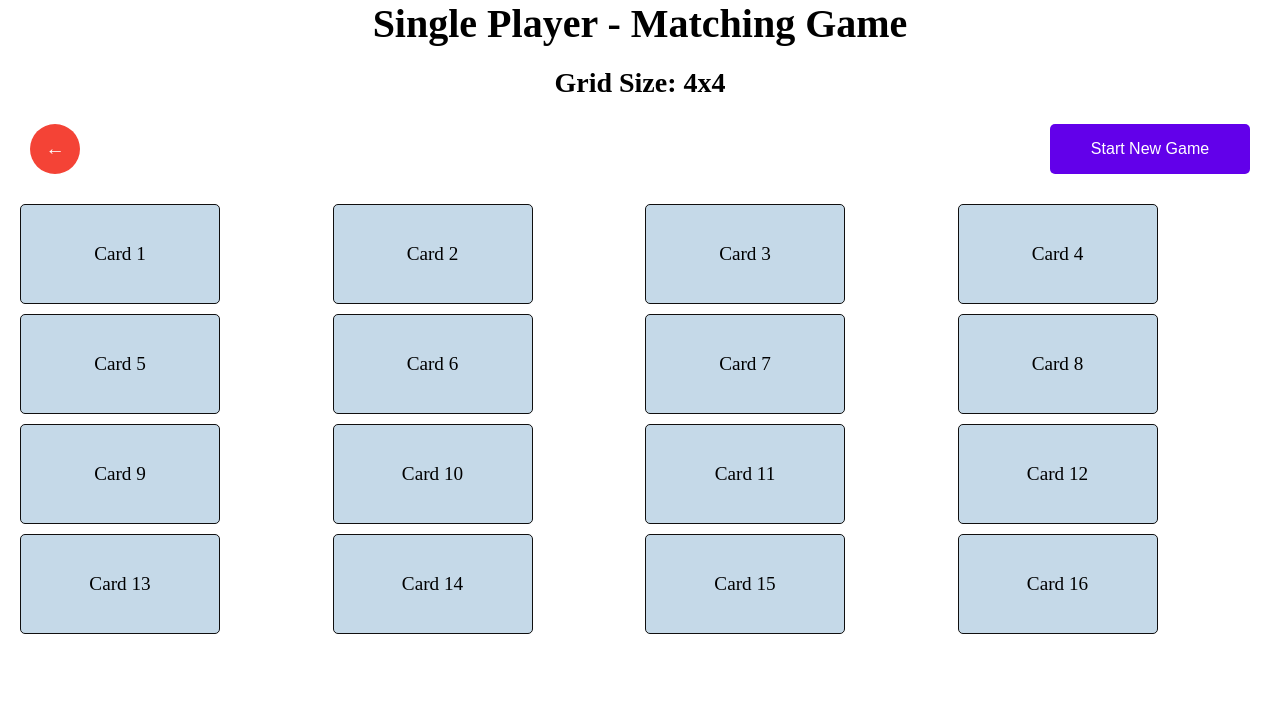
Repository: parnelltse/frontend2-courseproject
Page: /resumegame
These files come from the project's save history. The page is drawn as it stood at one moment and after the next save; the edit follows.
The browser window is 1280 px wide. The pictures show the whole page.
The project was rebuilt for these pictures with package versions that can differ from the ones it lists, and the page was loaded fresh each time. Also part of the build but not shown: vite.config.js, src/pages/landing.jsx, src/pages/home.jsx, src/pages/gameoptions.jsx, src/pages/appsettings.jsx, src/pages/profilesettings.jsx, src/pages/gamehistory.jsx, src/pages/singleplayer.jsx and 3 more.

Above is the page before, as saved 2024-11-16 02:04:51.

### src/App.jsx
import React, { useState } from 'react';
import { BrowserRouter as Router, Routes, Route } from 'react-router-dom';
import { Landing } from './pages/landing';
import Home from './pages/home';
import Gameoptions from './pages/gameoptions';
import AppSettings from './pages/appsettings';
import ProfileSettings from './pages/profilesettings';
import GameHistory from './pages/gamehistory'; // Import GameHistory
import SinglePlayer from './pages/singleplayer';
import MultiPlayer from './pages/multiplayer';
import ResumeGame from './pages/resumegame';
import SingleGame from './pages/singlegame';
import MultiGame from './pages/multigame';

function App() {
  const [scores, setScores] = useState([
    { date: '2024-10-19', score: 85, gameMode: 'Single Player' },
    { date: '2024-10-18', score: 90, gameMode: 'Multiplayer' },
    { date: '2024-10-17', score: 75, gameMode: 'Single Player' },
  ]);

  return (
    <Router>
      <Routes>
        <Route path="/" element={<Landing />} />
        <Route path="/home" element={<Home />} />
        <Route path="/gameoptions" element={<Gameoptions />} />
        <Route path="/appsettings" element={<AppSettings />} />
        <Route path="/profilesettings" element={<ProfileSettings />} />
        <Route path="/gamehistory" element={<GameHistory scores={scores} />} /> {/* Pass scores as prop */}
        <Route path="/singleplayer" element={<SinglePlayer />} />
        <Route path="/multiplayer" element={<MultiPlayer />} />
        <Route path="/resumegame" element={<ResumeGame />} />
        <Route path="/singlegame" element={<SingleGame />} />
        <Route path="/multigame" element={<MultiGame />} />
      </Routes>
    </Router>
  );
}

export default App;

### src/index.css
/** landing page */

.landing-nav {
    display: flex;
    flex-direction: column;
    justify-content: center;
    align-items: center;
    gap: 20px
}

.app .headline {
    text-align: center;
}

/** account form */

.sub-btn {
    align-items: center;
    margin: auto;
    margin-top: 10px;
}


/* Single player*/

.single-btn {
    margin: auto;
    align-items: center;
    background-color: #03dac6;
    color: rgb(74, 96, 86); /* darker text */
}

.single-btn:hover {
    background-color: #018786;
    color: white;

}

.single-container {
    padding-top: 10vh;
    align-items: center;
    margin: auto;
}

.single-bottom {
    margin: auto;
    width: 100vw;
    align-items: center;
    align-self: center;
    display: flex;
    justify-content: center;
    flex-direction: column;
}




.home-container {
    background-color: #fff;
    border-radius: 150px;
    box-shadow: 0 5px 15px rgba(0, 0, 0, 0.35);
    position: relative;
    overflow: hidden;
    width: 768px;
    max-width: 100%;
    min-height: 480px;
    margin: auto;
}

.home-container p {
  font-size: 14px;
  line-height: 20px;
  letter-spacing: 0.3px;
  margin: 20px 0;
}


.home-container span {
  font-size: 12px;
}

.home-container a {
  color: #333;
  font-size: 13px;
  text-decoration: none;
  margin: 15px 0 10px;
}
.home-container button {
  background-color: #6200ea;
  color: #fff;
  padding: 10px 45px;
  border: 2px solid transparent;
  border-radius: 8px;
  font-weight: 600;
  letter-spacing: 0.5px;
  text-transform: uppercase;
  margin-top: 10px;
  cursor: pointer;
}

.home-container button.hidden {
  background-color: transparent;
  border-color: #fff;
}

.home-container form {
  background-color: #fff;
  display: flex;
  align-items: center;
  justify-content: center;
  flex-direction: column;
  padding: 0 40px;
  height: 100%;
}

.home-container input {
  background-color: #eee;
  border: none;
  margin: 8px 0;
  padding: 10px 15px;
  font-size: 13px;
  border-radius: 8px;
  width: 100%;
  outline: none;
}

.sign-up, .sign-in {
  position: absolute;
  top: 0;
  height: 100%;
  transition: all 0.6s ease-in-out;
}

.sign-in {
  left: 0;
  width: 50%;
  z-index: 2;
}

.home-container.active .sign-in {
  transform: translateX(100%);
}

.sign-up {
  left: 0;
  width: 50%;
  z-index: 1;
  opacity: 0;
}

.home-container.active .sign-up {
  transform: translateX(100%);
  opacity: 1;
  z-index: 5;
  animation: move 0.6s;
}

@keyframes move {
  0%, 49.99%{
    opacity: 0;
    z-index: 1;
  }
    50%, 100%{
    opacity: 1;
    z-index: 5;
  }
}

.toogle-container {
  position: absolute;
  top: 0;
  left: 50%;
  width: 50%;
  height: 100%;
  overflow: hidden;
  border-radius: 150px;
  z-index: 1000;
  transition: all 0.6s ease-in-out;
}

.home-container.active .toogle-container {
  transform: translateX(-100%);
  border-radius: 150px;
}

.toogle {
  background-color: #6200ea;
  height: 100%;
  background: #6200ea;
  color: #fff;
  position: relative;
  left: -100%;
  width: 200%;
  transform: translateX(0);
  transition: all 0.6s ease-in-out;
}

.home-container.active .toogle {
  transform: translateX(50%);
}

.toogle-panel {
  position: absolute;
  width: 50%;
  height: 100%;
  display: flex;
  justify-content: center;
  align-items: center;
  flex-direction: column;
  padding: 0 30px;
  text-align: center;
  top: 0;
  transform: translateX(0);
  transition: all 0.6s ease-in-out;
}

.toogle-left {
  transform: translateX(-200%);
}

.home-container.active .toogle-left {
  transform: translateX(0);
}

.toogle-right {
  right: 0;
  transform: translateX(0);
}

.home-container.active .toogle-right {
  transform: translateX(200%);
}


.titleholder {
  display: flex;
  justify-content: center;
  gap: 20px;
  align-items: flex-end;
}

.gameInfo {
  color: #333;
  font-size: 24px;
  padding-bottom: 22px;
  cursor: pointer;
}

.overlayContainer {
  position: fixed; /* Position it fixed to cover the viewport */
  top: 0;
  left: 0;
  right: 0;
  bottom: 0;
  background-color: rgba(0, 0, 0, 0.5); /* Semi-transparent dark background */
  display: flex;
  justify-content: center;
  align-items: center;
  z-index: 2000;
}

.contentBox {
  width: 800px;
  height: 500px;
  background-color: rgb(235, 220, 245);
  border-radius: 20px;
  padding: 40px;
  display: flex;
  flex-direction: column;
  align-items: center;
  justify-content: center;
}

.overlayHeader {
  text-align: center;
  padding-bottom: 20px;
  font-size: 22px;
}

.overlayContent {
  font-size: 18px;
  padding-bottom: 40px;
}

.overButton {
  align-content: center;
  align-items: center;
  font-size: 24px;
}

/* Home page */

.home-board {
  width: 500px;
  height: 400px;
  margin: auto;
  align-items: center;
  display: flex;
  flex-direction: column;
  justify-content: center;
  border-radius: 30px;
  background: #a7cbe9;
}

.play-btn {
  background-color: #3d8b5e; /* Button background */
  color: white; /* Text color */
  font-size: 28px; /* Font size */
  padding: 15px 25px; /* Button padding */
  border: none; /* Remove default border */
  border-radius: 5px; /* Rounded corners */
  position: relative; /* Ensures stacking context for pseudo-element */
  cursor: pointer; /* Pointer cursor on hover */
  overflow: hidden; /* Prevents the animation from spilling outside */
  z-index: 1; /* Prevent the border animation from overflowing */
  height: 60px;
}

.play-btn:hover {
  background-color: #507c62; /* Button background */
}


.game-controls {
  padding: 0 20px;
  display: flex;
  flex-direction: row;
  justify-content: space-between;
  gap: 20px;
}

### src/pages/resumegame.tsx
import React, { useEffect, useState } from "react";
import { useLocation, useNavigate } from "react-router-dom";
import BackButton from "../components/BackButton";
import "../App.css";

// Define GameState interface at the top
interface GameState {
	matched: number[];
	currentGrid: number;
}

export default function ResumeGaame() {
	const location = useLocation();
	const navigate = useNavigate();

	// Load grid size from location or default to 4
	const { gridSize } = location.state || { gridSize: 4 };
	const totalCards = gridSize * gridSize;

	// Game state
	const [gameState, setGameState] = useState<GameState>(() => {
		// Load from localStorage if available
		const savedState = localStorage.getItem("gameState");
		return savedState
			? JSON.parse(savedState)
			: { matched: [], currentGrid: gridSize }; // Default state
	});

	// Save state to localStorage whenever it changes
	useEffect(() => {
		localStorage.setItem("gameState", JSON.stringify(gameState));
	}, [gameState]);

	// Reset game
	const resetGame = () => {
		setGameState({ matched: [], currentGrid: gridSize });
		localStorage.removeItem("gameState");
	};

	// Resume from saved state
	const resumeGame = () => {
		const savedState = localStorage.getItem("gameState");
		if (savedState) {
			const parsedState: GameState = JSON.parse(savedState);
			if (parsedState.currentGrid === gridSize) {
				setGameState(parsedState);
			}
		}
	};

	return (
		<div className="single-game-container">
			<h1>Single Player - Matching Game</h1>

			{gameState.matched.length > 0 && (
				<div className="resume-section">
					<h2>Resume Your Last Game?</h2>
					<button onClick={resumeGame} className="resume-btn">Resume</button>
				</div>
			)}

			<h2>Grid Size: {gridSize}x{gridSize}</h2>

			<div className="game-controls">
				<BackButton />
				<button onClick={resetGame} className="reset-btn">Start New Game</button>
			</div>

			<div
				className="game-grid"
				style={{
					gridTemplateColumns: `repeat(${gridSize}, 1fr)`,
					gridTemplateRows: `repeat(${gridSize}, 1fr)`,
				}}
			>
				{Array.from({ length: totalCards }).map((_, index) => (
					<div
						className={`game-item ${gameState.matched.includes(index) ? "matched" : ""}`}
						key={index}
					>
						Card {index + 1}
					</div>
				))}
			</div>
		</div>
	);
}

### src/App.css
/* General Reset */
* {
	margin: 0;
	padding: 0;
	box-sizing: border-box;
}

/* Home page */
.container {
	align-items: center; /* Center the items horizontally */
	justify-content: center; /* Center the items vertically */
	min-height: 100vh; /* Full viewport height */
	background-color: #e3f2fd; /* Light blue background color */
	padding: 20px; /* Padding around content */
	padding-top: 15vh;
}

header {
	text-align: center;
	margin-bottom: 40px; /* Space below header */
	margin: auto;
}

button {
	background-color: #1e88e5; /* Button background color */
	color: white; /* White text color */
	border: none; /* Remove border */
	border-radius: 5px; /* Rounded corners */
	padding: 10px; /* Padding for buttons */
	cursor: pointer; /* Pointer cursor */
	transition: background-color 0.3s; /* Smooth background transition */
	width: 200px; /* Fixed width for all buttons */
	height: 50px; /* Fixed height for all buttons */
	font-size: 1rem; /* Font size for button text */
	margin: 10px; /* Space between buttons */
}

button:hover {
	background-color: #1565c0; /* Darker button color on hover */
}

.button-container {
	display: flex; /* Use flexbox for button alignment */
	flex-direction: column; /* Stack buttons vertically */
	align-items: center; /* Center buttons horizontally */
}

.title {
	font-size: 2.5rem; /* Title font size */
	text-align: center; /* Center the title text */
	margin-bottom: 20px; /* Space below title */
}

.profile-button {
	background-color: #6200ea; /* Primary color */
	color: white; /* White text */
	border: none; /* Remove border */
	border-radius: 5px; /* Rounded corners */
	padding: 10px 20px; /* Button padding */
	font-size: 24px; /* Font size */
	cursor: pointer; /* Pointer cursor on hover */
	transition: background-color 0.3s; /* Smooth background transition */
	width: 200px; /* Ensure the width matches other buttons */
	height: 50px; /* Ensure the height matches other buttons */
	margin-top: 100px;
}

.profile-button:hover {
	background-color: #3700b3; /* Darker shade on hover */
}

.button-container {
	display: flex;
	gap: 20px; /* Space between buttons */
}

.play-button,
.settings-button {
	background-color: #03dac6; /* Secondary color */
	border: none;
	border-radius: 5px;
	padding: 15px 25px; /* Button padding */
	font-size: 1.5rem; /* Font size */
	cursor: pointer; /* Pointer cursor on hover */
	transition: background-color 0.3s; /* Smooth background transition */
	align-items: center;
	text-align: center;
}

.play-button {
	color: rgb(74, 96, 86); /* darker text */
}

.settings-button {
	color: white; /* white text */
}

.play-button:hover {
	background-color: #018786; /* Darker shade on hover */
	color: white; /* white text */

}

.settings-button {
	background-color: #ff5722; /* Different color for settings */
}

.settings-button:hover {
	background-color: #c41c00; /* Darker shade on hover */
}

/* Typography */
h1 {
	font-size: 2.5rem;
	text-align: center;
	margin-bottom: 20px;
}

h2 {
	font-size: 1.75rem;
	text-align: center;
	margin-bottom: 15px;
}

/* Button Styles */
button {
	background-color: #6200ea;
	color: white;
	padding: 10px 20px;
	border: none;
	border-radius: 5px;
	cursor: pointer;
	margin: 10px;
	transition: background-color 0.3s ease;
}

button:hover {
	background-color: #3700b3;
}

/* Form Input Styles */
input[type="text"],
input[type="password"],
input[type="number"] {
	width: 100%;
	padding: 10px;
	margin: 10px 0;
	box-sizing: border-box;
	border: 2px solid #ccc;
	border-radius: 4px;
}

form {
	max-width: 400px;
	margin: 20px auto;
	display: flex;
	flex-direction: column;
}

/* Back Button */
button.back-btn {
	background-color: #f44336;
	color: white;
	border-radius: 50%;
	width: 50px;
	height: 50px;
	display: flex;
	justify-content: center;
	align-items: center;
	font-size: 1.2rem;
}

button.back-btn:hover {
	background-color: #e53935;
}

/* App Settings */
.app-settings {
	display: flex;
	flex-direction: column;
	justify-content: center;
	align-items: center;
	padding: 20px;
	text-align: center;
	min-height: 100vh;
	padding-top: 20vh;
}

.setting-bottons {
	display: flex;
	justify-content: center;
	flex-direction: column;
	margin: auto;
	align-items: center;
}

.theme-toggle {
	background-color: #333;
	color: white;
	padding: 10px;
	border-radius: 5px;
	cursor: pointer;
}

.theme-toggle:hover {
	background-color: #555;
}

/* Game Options */
.game-options {
	display: flex;
	flex-direction: column;
	align-items: center;
	margin: 20px;
}

button.grid-size {
	background-color: #2196f3;
	margin: 5px;
}

button.grid-size:hover {
	background-color: #1976d2;
}

/* single and multiplayer pages */
img {
	max-width: 100%;
	height: auto;
	display: block;
	margin: 0 auto;
}

.game-grid {
	display: grid;
	grid-template-columns: repeat(5, 1fr); /* 5 columns for a 5x5 grid */
	gap: 10px; /* Space between grid items */
	padding: 20px; /* Optional padding around the grid */
}

.game-item {
	background-color: #c5d9e8; /* Background color for game items */
	border: 1px solid #100f0f; /* Border for each game item */
	border-radius: 5px; /* Rounded corners */
	display: flex; /* Center content */
	align-items: center; /* Center content vertically */
	justify-content: center; /* Center content horizontally */
	height: 100px; /* Fixed height for game items */
	width: 200px;
	font-size: 1.2em; /* Font size for game item text */
}

/* history page */

.history-container {
	display: flex;
	flex-direction: column;
	align-items: center;
	justify-content: center;
	min-height: 100vh; /* Full viewport height */
	background-color: #f9f9f9; /* Light background color */
	padding: 20px; /* Padding around content */
}

.history-title {
	font-size: 2.5rem; /* Title font size */
	color: #333; /* Darker text color */
	margin-bottom: 10px; /* Space below title */
}

.history-description {
	font-size: 1.2rem; /* Description font size */
	color: #666; /* Slightly lighter text color */
	text-align: center; /* Center-align description */
	margin-bottom: 30px; /* Space below description */
}

.score-table {
	width: 100%;
	max-width: 600px; /* Max width for the table */
	margin: 0 auto; /* Center the table */
	background-color: white; /* White background for the table */
	border-radius: 8px; /* Rounded corners */
	box-shadow: 0 4px 8px rgba(0, 0, 0, 0.1); /* Subtle shadow */
	overflow: hidden; /* Ensure rounded corners apply */
}

table {
	width: 100%; /* Full width of the table */
	border-collapse: collapse; /* Remove space between table cells */
}

th,
td {
	padding: 15px; /* Cell padding */
	text-align: left; /* Align text to the left */
	border-bottom: 1px solid #e0e0e0; /* Bottom border for rows */
}

th {
	background-color: #6200ea; /* Header background color */
	color: white; /* White text for header */
}

tr:hover {
	background-color: #f1f1f1; /* Highlight row on hover */
}

.back-button {
	margin-top: 20px; /* Space above the back button */
}

/* profile settings page*/

.profile-settings-container {
	display: flex;
	flex-direction: column;
	align-items: center;
	justify-content: center;
	min-height: 100vh; /* Full viewport height */
	background-color: #f9f9f9; /* Light background color */
	padding: 20px; /* Padding around content */
}

.profile-settings-title {
	font-size: 2.5rem; /* Title font size */
	color: #333; /* Darker text color */
	margin-bottom: 20px; /* Space below title */
}

.submitted-username {
	font-size: 1.5rem; /* Font size for submitted username */
	color: #6200ea; /* Color for submitted username */
	margin-bottom: 20px; /* Space below username display */
}

.profile-settings-form {
	display: flex;
	flex-direction: column;
	align-items: center; /* Center align the form elements */
	margin-bottom: 20px; /* Space below the form */
}

.username-input {
	padding: 10px; /* Padding for input */
	font-size: 1rem; /* Font size for input */
	border: 1px solid #ccc; /* Border for input */
	border-radius: 4px; /* Rounded corners */
	margin-bottom: 10px; /* Space below input */
	width: 100%; /* Full width */
	max-width: 300px; /* Max width for input */
}

.save-button {
	padding: 10px 20px; /* Padding for button */
	background-color: #6200ea; /* Button background color */
	color: white; /* Button text color */
	border: none; /* Remove border */
	border-radius: 4px; /* Rounded corners */
	cursor: pointer; /* Pointer cursor on hover */
	font-size: 1rem; /* Font size for button */
}

.save-button:hover {
	background-color: #3700b3; /* Darker button color on hover */
}

.navigation-buttons {
	display: flex;
	gap: 10px; /* Space between navigation buttons */
}

.scores-button {
	padding: 10px 20px; /* Padding for button */
	background-color: #03dac6; /* Button background color */
	color: white; /* Button text color */
	border: none; /* Remove border */
	border-radius: 4px; /* Rounded corners */
	cursor: pointer; /* Pointer cursor on hover */
	font-size: 1rem; /* Font size for button */
}

.scores-button:hover {
	background-color: #018786; /* Darker button color on hover */
}

/* game options page */

.game-options-container {
	display: flex;
	flex-direction: column;
	align-items: center;
	justify-content: center;
	min-height: 100vh; /* Full viewport height */
	background-color: #f0f4f8; /* Light background color */
	padding: 20px; /* Padding around content */
}

.game-options-title {
	font-size: 2.5rem; /* Title font size */
	color: #333; /* Darker text color */
	margin-bottom: 40px; /* Space below title */
}

.game-options-buttons {
	display: flex;
	flex-direction: column; /* Arrange buttons vertically */
	gap: 15px; /* Space between buttons */
}

.game-option-button {
	padding: 15px 30px; /* Padding for buttons */
	font-size: 1.2rem; /* Font size for buttons */
	background-color: #6200ea; /* Button background color */
	color: white; /* Button text color */
	border: none; /* Remove border */
	border-radius: 5px; /* Rounded corners */
	cursor: pointer; /* Pointer cursor on hover */
	transition: background-color 0.3s; /* Smooth background transition */
	width: 100%; /* Full width */
	max-width: 300px; /* Max width for buttons */
}

.game-option-button:hover {
	background-color: #3700b3; /* Darker button color on hover */
}

/* create account page */

.create-container {
	display: flex;
	flex-direction: column;
	align-items: center;
	justify-content: center;
	min-height: 100vh; /* Full viewport height */
	background-color: #f0f4f8; /* Light background color */
	padding: 20px; /* Padding around content */
}

.create-header {
	text-align: center; /* Center header text */
	margin-bottom: 40px; /* Space below header */
}

.create-header h1 {
	font-size: 2.5rem; /* Title font size */
	color: #000000; /* Primary color for title */
}

.create-header h2 {
	font-size: 1.5rem; /* Subtitle font size */
	color: #333; /* Darker color for subtitle */
	margin-top: 10px; /* Space above subtitle */
}

.create-container > * {
	margin: 10px 0; /* Space between elements */
}

.back-button {
	margin-top: 20px; /* Space above back button */
	background-color: #6200ea; /* Match primary color */
	color: white; /* White text color */
	border: none; /* Remove border */
	border-radius: 5px; /* Rounded corners */
	padding: 10px 20px; /* Padding for button */
	cursor: pointer; /* Pointer cursor */
	transition: background-color 0.3s; /* Smooth background transition */
}

.back-button:hover {
	background-color: #3700b3; /* Darker button color on hover */
}

/* login page */
.login-container {
	align-items: flex-start;
	justify-content: center;
	min-height: 100vh; /* Full viewport height */
	background-color: #ede3fd; /* Light blue background color */
	padding-top: 20vh;
}

.login-header {
	text-align: center; /* Center header text */
	margin-bottom: 40px; /* Space below header */
}

.login-header h1 {
	font-size: 2.5rem; /* Title font size */
	color: #3700b3; /* Primary color for title */
}

.login-header h2 {
	font-size: 1.5rem; /* Subtitle font size */
	color: #424242; /* Darker color for subtitle */
	margin-top: 10px; /* Space above subtitle */
}

.account-form {
	width: 100%; /* Full width for the form */
	max-width: 400px; /* Maximum width for the form */
	background-color: white; /* White background for form */
	border-radius: 8px; /* Rounded corners */
	box-shadow: 0 2px 10px rgba(0, 0, 0, 0.1); /* Subtle shadow */
	padding: 20px; /* Padding inside the form */
}

button {
	background-color: #6200ea; /* Match primary color */
	color: white; /* White text color */
	border: none; /* Remove border */
	border-radius: 5px; /* Rounded corners */
	padding: 10px 20px; /* Padding for button */
	cursor: pointer; /* Pointer cursor */
	transition: background-color 0.3s; /* Smooth background transition */
}

button:hover {
	background-color: #3700b3; /* Darker button color on hover */
}

.account-form input {
	margin: 10px 0; /* Space between inputs */
	padding: 10px; /* Padding for inputs */
	border: 1px solid #ccc; /* Light border for inputs */
	border-radius: 5px; /* Rounded corners for inputs */
	width: 100%; /* Full width for inputs */
}

### src/components/BackButton.jsx
import React from "react";
import { useNavigate } from "react-router-dom";

export default function BackButton() {
	const navigate = useNavigate();

	return (
		<button className="back-btn" onClick={() => navigate(-1)}>
			&#x2190;
		</button>
	);
}

Loaded but not shown: index.html (common file); src/main.jsx (common file)

After the next save:
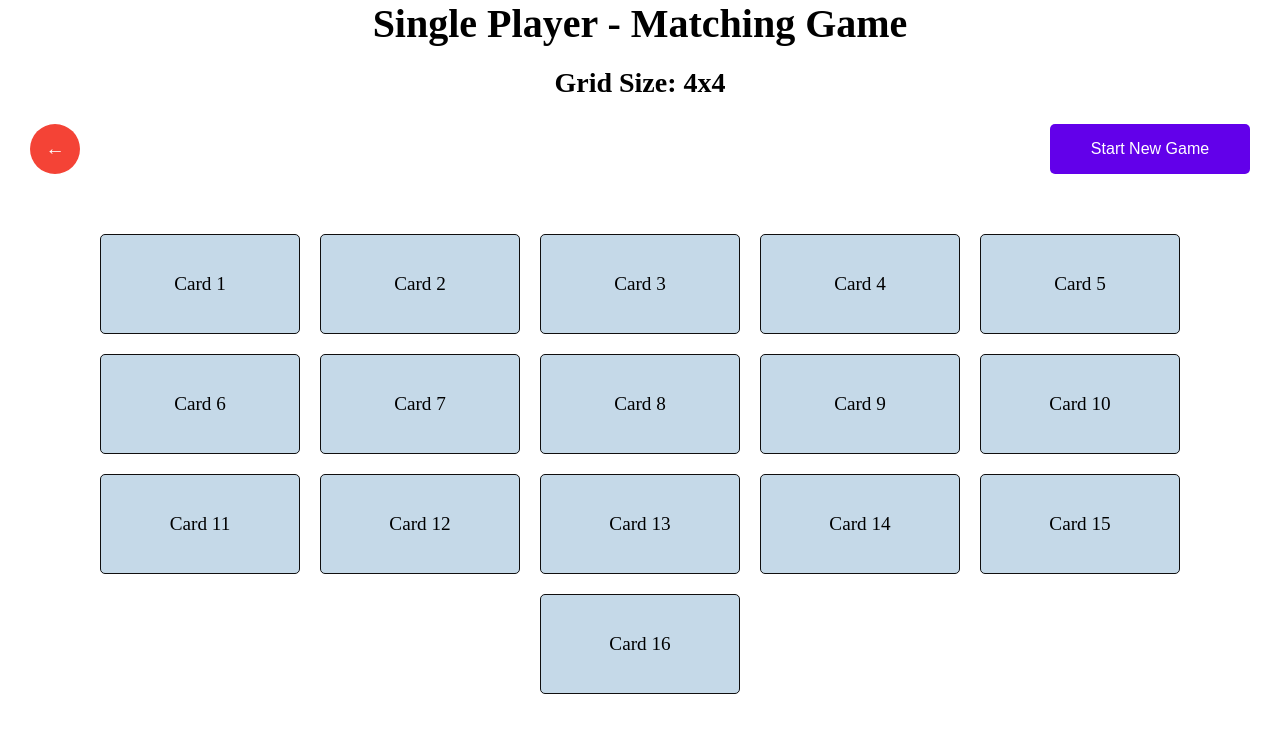
Saved 2 min 37 s later.
--- a/src/App.css
+++ b/src/App.css
@@ -232,10 +232,12 @@ img {
 }
 
 .game-grid {
-	display: grid;
-	grid-template-columns: repeat(5, 1fr); /* 5 columns for a 5x5 grid */
-	gap: 10px; /* Space between grid items */
-	padding: 20px; /* Optional padding around the grid */
+	display: flex;
+	flex-direction: row;
+	flex-wrap: wrap;
+	justify-content: center;
+	gap: 20px;
+	padding: 50px;
 }
 
 .game-item {
